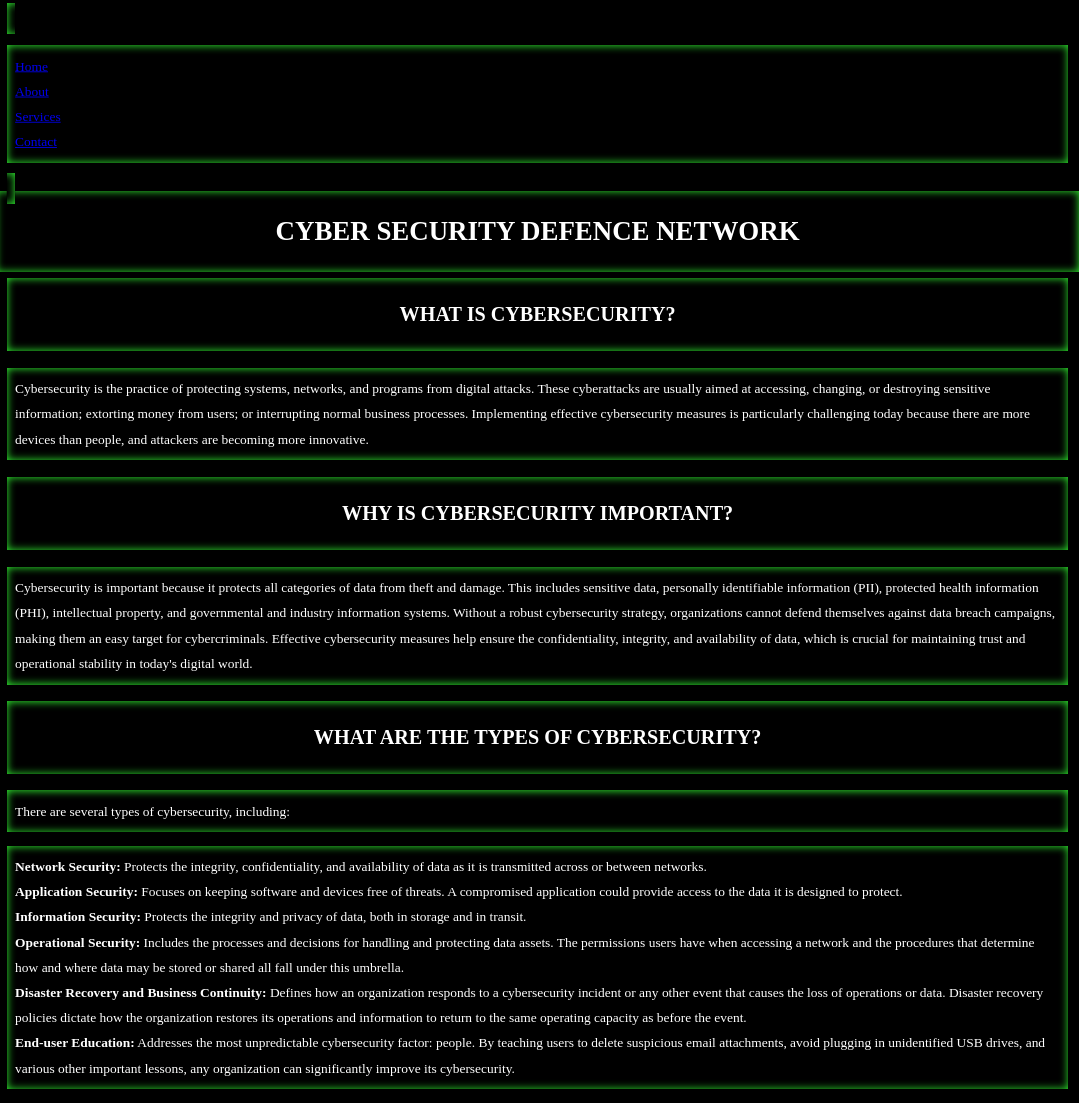
Repository: newworldhost/nwh
Page: index.html
An editor plug-in stored every save of this project. The page is shown before and after the next save, followed by the edit.
The browser window is 1280 px wide. The page is 1285 px wide, so the pictures cover 1285 px, including what lies to the right of the window. The pictures show the whole page, at 84% of full size.

Above is the page before, as saved 2025-03-04 15:49:31.

### index.html
<!DOCTYPE html>
<html lang="en">
<head>
    <meta charset="UTF-8">
    <meta name="viewport" content="width=device-width, initial-scale=1.0">
    <meta name="author" content="cyber security defence network">
    <meta name="description" content="cyber security defence network">
    <meta name="keywords" content="cyber security defence network">
    <link rel="stylesheet" href="style.css">
    <title>cyber security defence network</title>
</head>
<body>
    <header>
        <nav>
            <ul>
                <li><a href="index.html">Home</a></li>
                <li><a href="about.html">About</a></li>
                <li><a href="services.html">Services</a></li>
                <li><a href="contact.html">Contact</a></li>
            </ul>
        </nav>
    <h1>cyber security defence network</h1>

    <h2>What is cybersecurity?</h2>
    <p>Cybersecurity is the practice of protecting systems, networks, and programs from digital attacks. These cyberattacks are usually aimed at accessing, changing, or destroying sensitive information; extorting money from users; or interrupting normal business processes. Implementing effective cybersecurity measures is particularly challenging today because there are more devices than people, and attackers are becoming more innovative.</p>
    <h2>Why is cybersecurity important?</h2>
    <p>Cybersecurity is important because it protects all categories of data from theft and damage. This includes sensitive data, personally identifiable information (PII), protected health information (PHI), intellectual property, and governmental and industry information systems. Without a robust cybersecurity strategy, organizations cannot defend themselves against data breach campaigns, making them an easy target for cybercriminals. Effective cybersecurity measures help ensure the confidentiality, integrity, and availability of data, which is crucial for maintaining trust and operational stability in today's digital world.</p>
    <h2>What are the types of cybersecurity?</h2>
    <p>There are several types of cybersecurity, including:</p>
    <ul>
        <li><strong>Network Security:</strong> Protects the integrity, confidentiality, and availability of data as it is transmitted across or between networks.</li>
        <li><strong>Application Security:</strong> Focuses on keeping software and devices free of threats. A compromised application could provide access to the data it is designed to protect.</li>
        <li><strong>Information Security:</strong> Protects the integrity and privacy of data, both in storage and in transit.</li>
        <li><strong>Operational Security:</strong> Includes the processes and decisions for handling and protecting data assets. The permissions users have when accessing a network and the procedures that determine how and where data may be stored or shared all fall under this umbrella.</li>
        <li><strong>Disaster Recovery and Business Continuity:</strong> Defines how an organization responds to a cybersecurity incident or any other event that causes the loss of operations or data. Disaster recovery policies dictate how the organization restores its operations and information to return to the same operating capacity as before the event.</li>
        <li><strong>End-user Education:</strong> Addresses the most unpredictable cybersecurity factor: people. By teaching users to delete suspicious email attachments, avoid plugging in unidentified USB drives, and various other important lessons, any organization can significantly improve its cybersecurity.</li>
    </ul>
</body>
</html>

### style.css
h1 {
    text-align: center;
    background-color: black;
    color:white;
    padding:30px;
    text-transform: uppercase;
    box-shadow: inset 0 0 10px #33ff33;
    margin:-13px;
}
h2 {
    text-align: center;
    background-color: black;
    color:white;
    padding:30px;
    text-transform: uppercase;
    box-shadow: inset 0 0 10px #33ff33;
}
p {
    background-color:black;
    color:white;
    padding:10px;
    box-shadow: inset 0 0 10px #33ff33;
    line-height: 30px;
    list-style-type: none;
}
body {
    background-color:black;
}
ul {
    background-color:black;
    color:white;
    padding:10px;
    box-shadow: inset 0 0 10px #33ff33;
    line-height: 30px;
    list-style-type: none;
}
nav {
    background-color:black;
    color:white;
    padding:10px;
    box-shadow: inset 0 0 10px #33ff33;
    line-height: 30px;
    list-style-type: none;
    display: inline
}

After the next save:
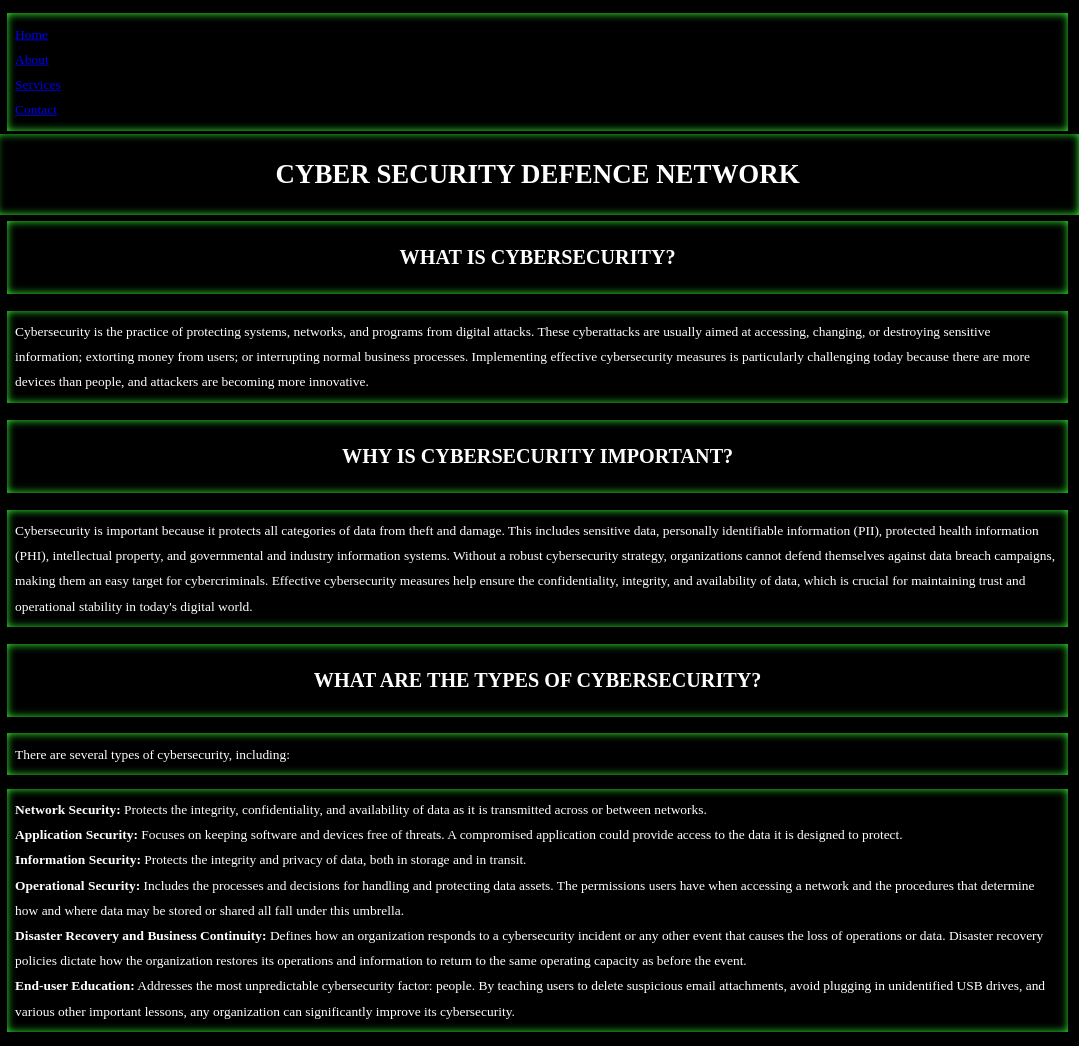
Saved 4 s later.
--- a/style.css
+++ b/style.css
@@ -35,11 +35,6 @@ ul {
     list-style-type: none;
 }
 nav {
-    background-color:black;
-    color:white;
-    padding:10px;
-    box-shadow: inset 0 0 10px #33ff33;
-    line-height: 30px;
-    list-style-type: none;
+
     display: inline
 }
